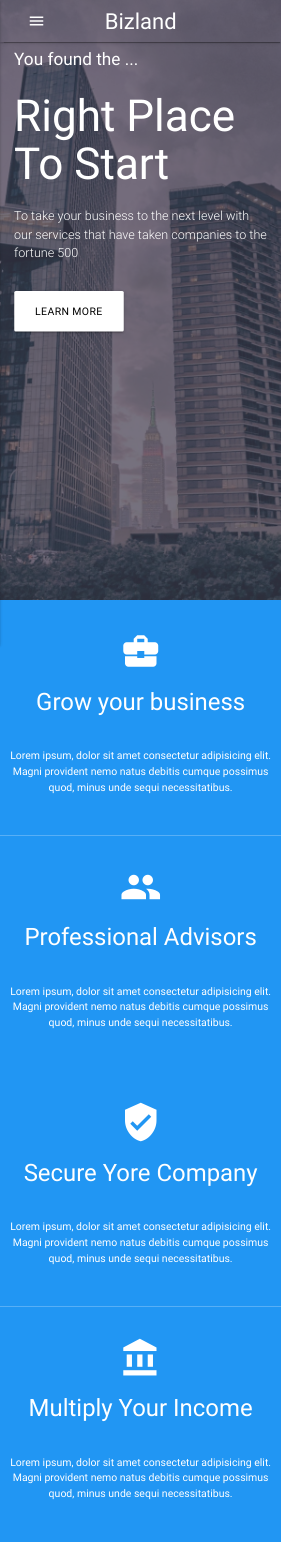
Repository: farrdy/bizland
Page: index.html
These files come from the project's save history. The page is drawn as it stood at one moment and after the next save; the edit follows.
The browser window is 375 px wide. The pictures show the whole page, at 75% of full size.
Some web libraries are served in a nearby version.

Above is the page before, as saved 2020-01-04 18:48:46.

After the next save:
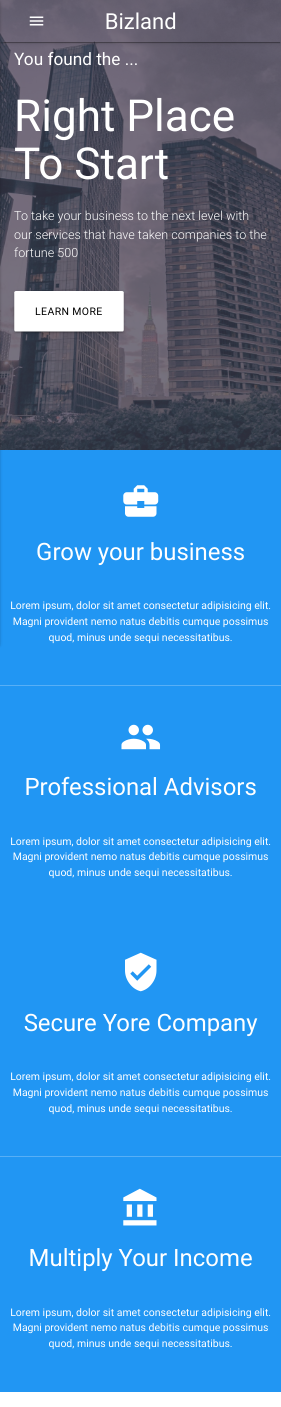
Saved 3 min 21 s later.
--- a/css/main.css
+++ b/css/main.css
@@ -36,3 +36,9 @@
 .box h4 {
   padding-bottom: 30px;
 }
+
+@media (max-width: 600px) {
+  .main-header {
+    height: 50vh;
+  }
+}
